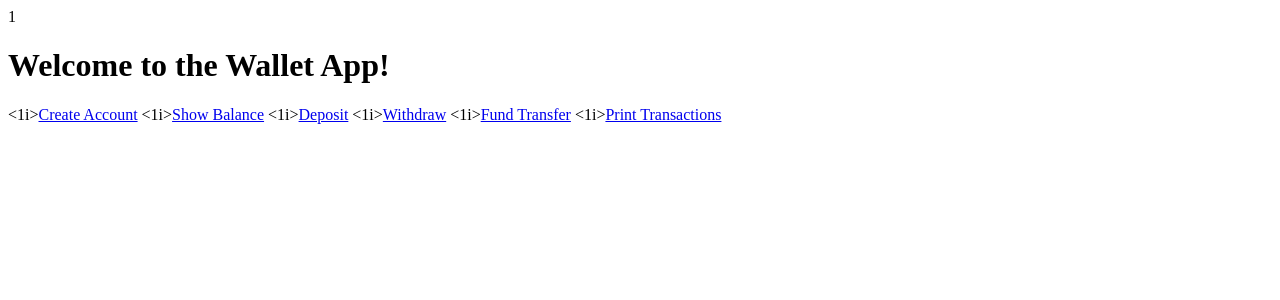
Repository: rosikraj/TurbifyTraining
Page: http://localhost/WalletApp/HomePage.jsp
These files come from the project's save history. The page is drawn as it stood at one moment and after the next save; the edit follows.
The browser window is 1280 px wide. The pictures show the whole page.
The page is served by Tomcat 9.

Above is the page before, as saved 2023-09-21 17:43:21.

After the next save:
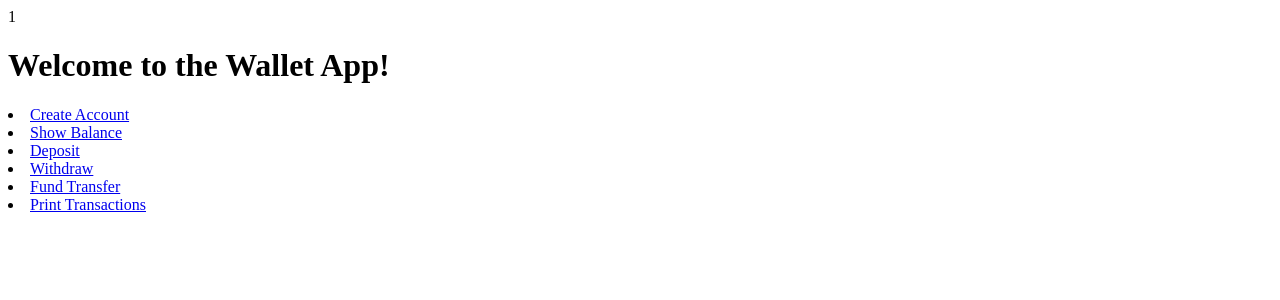
Saved 62 s later.
--- a/WalletApp/WebContent/HomePage.jsp
+++ b/WalletApp/WebContent/HomePage.jsp
@@ -9,12 +9,12 @@
 <body>
 <h1> Welcome to the Wallet App!</h1>
 <u1>
- <1i><a href="create_account.jsp">Create Account</a></1i>
- <1i><a href="show_balance.jsp">Show Balance</a></1i>
- <1i><a href="deposit.jsp">Deposit</a></1i>
- <1i><a href="withdraw.jsp">Withdraw</a></1i>
- <1i><a href="fund_transfer.jsp">Fund Transfer</a></1i>
- <1i><a href="print_transactions.jsp">Print Transactions</a></1i>
+ <li><a href="create_account.jsp">Create Account</a></li>
+ <li><a href="show_balance.jsp">Show Balance</a></li>
+ <li><a href="deposit.jsp">Deposit</a></li>
+ <li><a href="withdraw.jsp">Withdraw</a></li>
+ <li><a href="fund_transfer.jsp">Fund Transfer</a></li>
+ <li><a href="print_transactions.jsp">Print Transactions</a></li>
 </u1>
 </body>
 </html>
